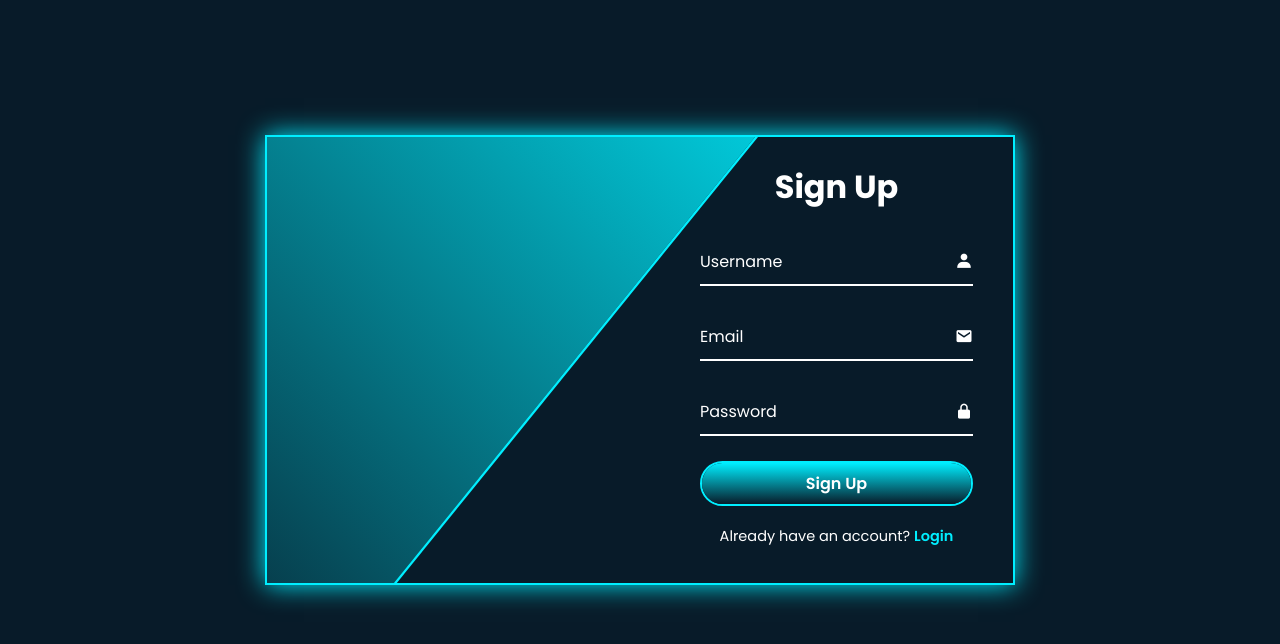
Repository: swastikjhacoder/Login-Registration-HTML
Page: index.html
These files come from the project's save history. The page is drawn as it stood at one moment and after the next save; the edit follows.
The browser window is 1280 px wide. The pictures show the whole page.

Above is the page before, as saved 2023-09-18 16:03:58.
Not found: js/toastify.js

### index.html
<!DOCTYPE html>
<html lang="en">
  <head>
    <meta charset="UTF-8" />
    <meta http-equiv="X-UA-Compatible" content="IE=edge" />
    <meta name="viewport" content="width=device-width, initial-scale=1.0" />
    <title>Login</title>
    <link rel="shortcut icon" href="./images/favicon.png" />
    <link rel="stylesheet" href="style.css" />
    <link href='https://unpkg.com/boxicons@2.1.4/css/boxicons.min.css' rel='stylesheet'>
    <script src="./js/toastify.js"></script>
  </head>
  <body>
    <div class="wrapper">
        <span class="bg-animate1"></span>
        <span class="bg-animate2"></span>

        <div class="form-box login">
            <h2>Login</h2>
            <form action="#">
                <div class="input-box">
                    <input type="text" required/>
                    <label>Username</label>
                    <i class='bx bxs-user'></i>
                </div>
                <div class="input-box">
                    <input type="password" required/>
                    <label>Password</label>
                    <i class='bx bxs-lock-alt' ></i>
                </div>
                <button type="submit" class="btn">Login</button>
                <div class="logreg-link">
                    <p>Don't have an account? <a href="#" class="register-link">Sign Up</a></p>
                </div>
            </form>
        </div>
        <div class="info-text login">
            <h2>Welcome Back!</h2>
            <p>Lorem ipsum dolor sit amet consectetur adipisicing elit. Veritatis, itaque.</p>
        </div>

        <div class="form-box register">
            <h2>Sign Up</h2>
            <form action="#">
                <div class="input-box">
                    <input type="text" required/>
                    <label>Username</label>
                    <i class='bx bxs-user'></i>
                </div>
                <div class="input-box">
                    <input type="email" required/>
                    <label>Email</label>
                    <i class='bx bxs-envelope' ></i>
                </div>
                <div class="input-box">
                    <input type="password" required/>
                    <label>Password</label>
                    <i class='bx bxs-lock-alt' ></i>
                </div>
                <button type="submit" class="btn">Sign Up</button>
                <div class="logreg-link">
                    <p>Already have an account? <a href="#" class="login-link">Login</a></p>
                </div>
            </form>
        </div>

        <div class="info-text login">
            <h2>Welcome Back!</h2>
            <p>Lorem ipsum dolor sit amet consectetur adipisicing elit. Veritatis, itaque.</p>
        </div>
    </div>

  </body>
</html>

### style.css
@import url('https://fonts.googleapis.com/css2?family=Poppins:ital,wght@0,100;0,200;0,300;0,400;0,500;0,600;0,700;0,800;0,900;1,400&display=swap');

* {
    margin: 0;
    padding: 0;
    box-sizing: border-box;
    font-family: 'Poppins', sans-serif;
}

body {
    display: flex;
    justify-content: center;
    align-items: center;
    min-height: 100vh;
    background: #081b29;
}

.wrapper {
    position: relative;
    width: 750px;
    height: 450px;
    background: transparent;
    border: 2px solid #0ef;
    box-shadow: 0 0 25px #0ef;
    overflow: hidden;
}

.wrapper .form-box {
    position: absolute;
    top: 0;
    width: 50%;
    height: 100%;
    display: flex;
    flex-direction: column;
    justify-content: center;
}

.wrapper .form-box.login {
    left: 0;
    padding: 0 60px 0 40px;
    display: none;
}

.wrapper .form-box.register {
    right: 0;
    padding: 0 40px 0 60px;
}

.form-box h2 {
    font-size: 32px;
    color: #fff;
    text-align: center;
}

.form-box .input-box {
    position: relative;
    width: 100%;
    height: 50px;
    margin: 25px 0;
}

.input-box input {
    width: 100%;
    height: 100%;
    background: transparent;
    border: none;
    outline: none;
    border-bottom: 2px solid #fff;
    padding-right: 23px;
    font-size: 16px;
    color: #fff;
    font-weight: 500;
    transition: .5s;
}

.input-box input:focus,
.input-box input:valid {
    border-bottom-color: #0ef;
}

.input-box label {
    position: absolute;
    top: 50%;
    left: 0;
    transform: translateY(-50%);
    font-size: 16px;
    color: #fff;
    pointer-events: none;
    transition: .5s;
}

.input-box input:focus~label,
.input-box input:valid~label {
    top: -5px;
    color: #0ef
}

.input-box i {
    position: absolute;
    top: 50%;
    right: 0;
    transform: translateY(-50%);
    font-size: 18px;
    color: #fff;
    transition: .5s;
}

.input-box input:focus~i,
.input-box input:valid~i {
    color: #0ef
}

.btn {
    position: relative;
    width: 100%;
    height: 45px;
    background: transparent;
    border: 2px solid #0ef;
    outline: none;
    border-radius: 40px;
    cursor: pointer;
    font-size: 16px;
    color: #fff;
    font-weight: 600;
    z-index: 1;
    overflow: hidden;
}

.btn::before {
    content: '';
    position: absolute;
    top: -100%;
    left: 0;
    width: 100%;
    height: 300%;
    background: linear-gradient(#081b29, #0ef, #081b29, #0ef);
    z-index: -1;
    transition: .5s;
}

.btn:hover::before {
    top: 0;
}

.form-box .logreg-link {
    font-size: 14.5px;
    color: #fff;
    text-align: center;
    margin: 20px 0 10px;
}

.logreg-link p a {
    color: #0ef;
    text-decoration: none;
    font-weight: 600;
}

.logreg-link p a:hover {
    text-decoration: underline;
}

.wrapper .info-text {
    position: absolute;
    top: 0;
    width: 50%;
    height: 100%;
    display: flex;
    flex-direction: column;
    justify-content: center;
}

.wrapper .info-text.login {
    right: 0;
    text-align: right;
    padding: 0 40px 60px 150px;
    display: none;
}

.info-text h2 {
    font-size: 36px;
    color: #fff;
    line-height: 1.3;
    text-transform: uppercase;
}

.info-text p {
    font-size: 16px;
    color: #fff;
}

.wrapper .bg-animate1 {
    position: absolute;
    top: -4px;
    right: 0;
    width: 850px;
    height: 600px;
    background: linear-gradient(45deg, #081b29, #0ef);
    border-bottom: 3px solid #0ef;
    /* transform: rotate(10deg) skewY(40deg); */
    transform: rotate(0) skewY(0);
    transform-origin: bottom right;
}

.wrapper .bg-animate2 {
    position: absolute;
    top: 100%;
    left: 250px;
    width: 850px;
    height: 700px;
    background: #081b29;
    border-top: 3px solid #0ef;
    transform: rotate(-11deg) skewY(-40deg);
    transform-origin: bottom left;
}

After the next save:
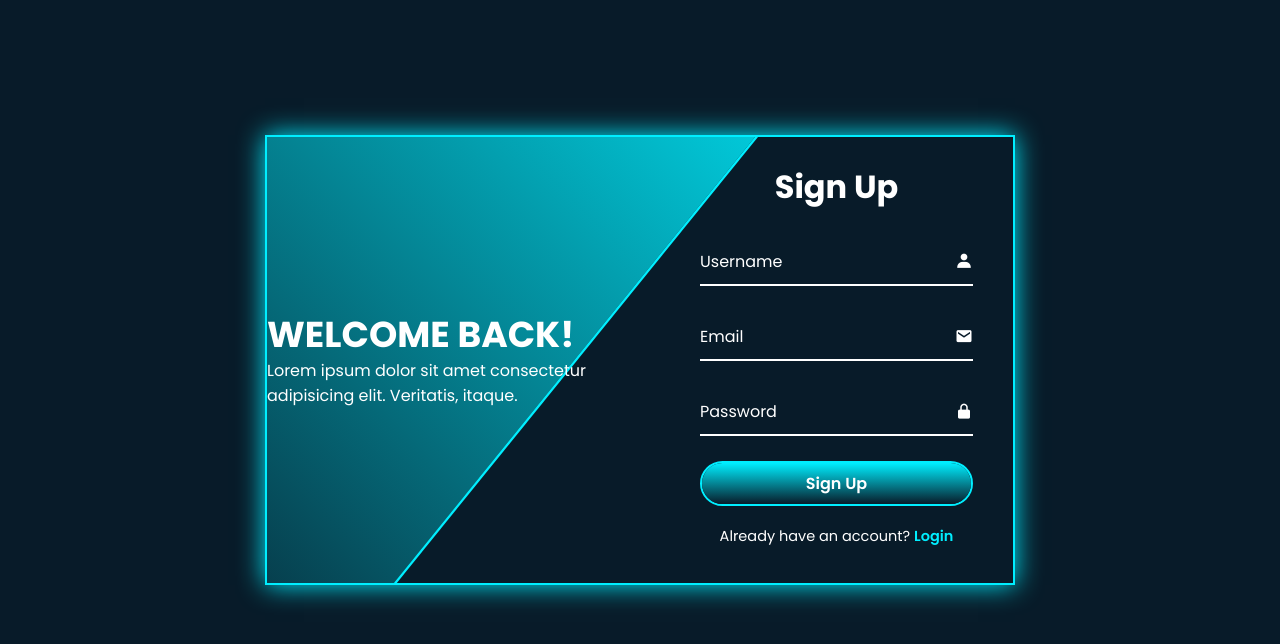
Saved 10 s later.
--- a/index.html
+++ b/index.html
@@ -64,7 +64,7 @@
             </form>
         </div>
 
-        <div class="info-text login">
+        <div class="info-text register">
             <h2>Welcome Back!</h2>
             <p>Lorem ipsum dolor sit amet consectetur adipisicing elit. Veritatis, itaque.</p>
         </div>
